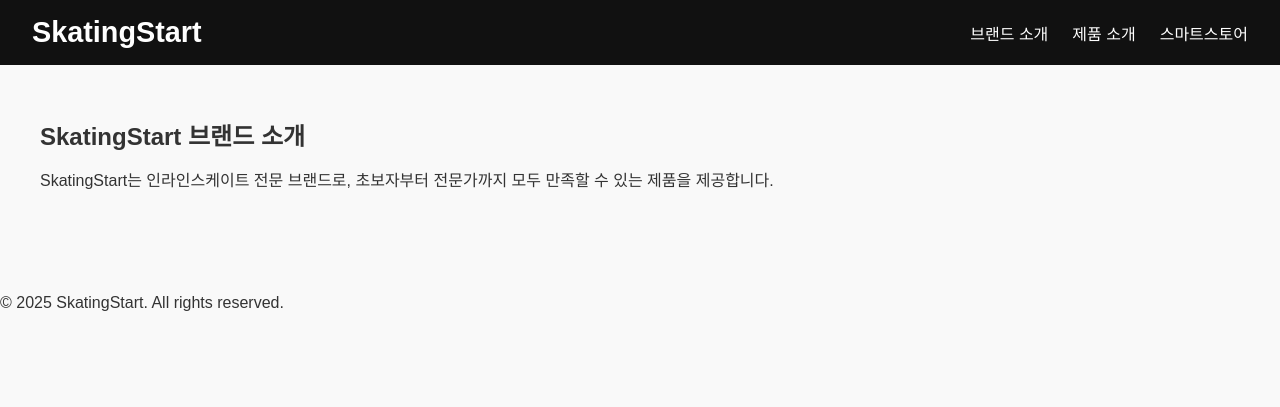
Repository: norwegianwood97/BNB-Sports
Page: about.html
An editor plug-in stored every save of this project. The page is shown before and after the next save, followed by the edit.
The browser window is 1280 px wide. The pictures show the whole page.

Above is the page before, as saved 2025-09-27 01:24:14.

### about.html
<!DOCTYPE html>
<html lang="ko">
  <head>
    <meta charset="UTF-8" />
    <meta name="viewport" content="width=device-width, initial-scale=1.0" />
    <title>SkatingStart - 브랜드 소개</title>
    <link rel="stylesheet" href="assets/css/style.css" />
  </head>
  <body>
    <header>
      <nav>
        <a href="index.html" class="logo">SkatingStart</a>
        <ul>
          <li><a href="about.html">브랜드 소개</a></li>
          <li><a href="products/product1.html">제품 소개</a></li>
          <li>
            <a href="https://smartstore.naver.com/" target="_blank"
              >스마트스토어</a
            >
          </li>
        </ul>
      </nav>
    </header>

    <main>
      <section class="brand-intro">
        <h1>SkatingStart 브랜드 소개</h1>
        <p>
          SkatingStart는 인라인스케이트 전문 브랜드로, 초보자부터 전문가까지
          모두 만족할 수 있는 제품을 제공합니다.
        </p>
      </section>
    </main>

    <footer>
      <p>© 2025 SkatingStart. All rights reserved.</p>
    </footer>
  </body>
</html>

### assets/css/style.css
body {
  margin: 0;
  font-family: 'Arial', sans-serif;
  background: #f9f9f9;
  color: #333;
}

main {
  max-width: 1200px;
  margin: 0 auto;
  padding: 2rem;
}

header {
  background: #111;
  padding: 1rem 2rem;
}

header nav {
  display: flex;
  justify-content: space-between;
  align-items: center;
}

header .logo {
  color: #fff;
  font-size: 1.8rem;
  font-weight: bold;
  text-decoration: none;
}

header ul {
  display: flex;
  gap: 1.5rem;
  list-style: none;
  margin: 0;
  padding: 0;
}

header ul li a {
  color: #fff;
  text-decoration: none;
  font-weight: 500;
  transition: color 0.3s;
}

header ul li a:hover {
  color: #ff5a5f;
}

.products-preview .grid {
  display: flex;
  flex-wrap: wrap;
  gap: 2rem;
  justify-content: center;
}

.products-preview .grid a {
  display: block;
  border-radius: 12px;
  overflow: hidden;
  box-shadow: 0 4px 12px rgba(0, 0, 0, 0.15);
  transition: transform 0.3s, box-shadow 0.3s;
}

.products-preview .grid a:hover {
  transform: translateY(-5px);
  box-shadow: 0 8px 20px rgba(0, 0, 0, 0.25);
}

.products-preview img {
  width: 250px;
  height: auto;
  display: block;
}

.btn {
  display: inline-block;
  padding: 0.7rem 1.5rem;
  background: #ff5a5f;
  color: white;
  text-decoration: none;
  border-radius: 6px;
  font-weight: bold;
  transition: background 0.3s;
}

.btn:hover {
  background: #e04a50;
}
section {
  margin-bottom: 3rem;
}

h1,
h2 {
  margin-bottom: 1rem;
  font-weight: bold;
}

p {
  line-height: 1.6;
}

.product-detail {
  display: flex;
  flex-wrap: wrap;
  gap: 2rem;
  padding: 3rem 2rem;
  max-width: 1200px;
  margin: auto;
}

.product-image img {
  width: 400px;
  border-radius: 12px;
  box-shadow: 0 4px 6px rgba(0, 0, 0, 0.2);
}

.product-info {
  flex: 1;
}

.product-info h1 {
  font-size: 2rem;
  margin-bottom: 1rem;
}

.product-info .desc {
  font-size: 1.1rem;
  margin-bottom: 1.5rem;
  line-height: 1.6;
}

.product-info .specs {
  list-style: none;
  padding: 0;
  margin-bottom: 1.5rem;
}

.product-info .specs li {
  margin-bottom: 0.5rem;
  font-size: 1rem;
}

.product-info .btn {
  display: inline-block;
  padding: 0.8rem 1.5rem;
  background: #ff5a5f;
  color: #fff;
  text-decoration: none;
  border-radius: 6px;
  font-weight: bold;
}

After the next save:
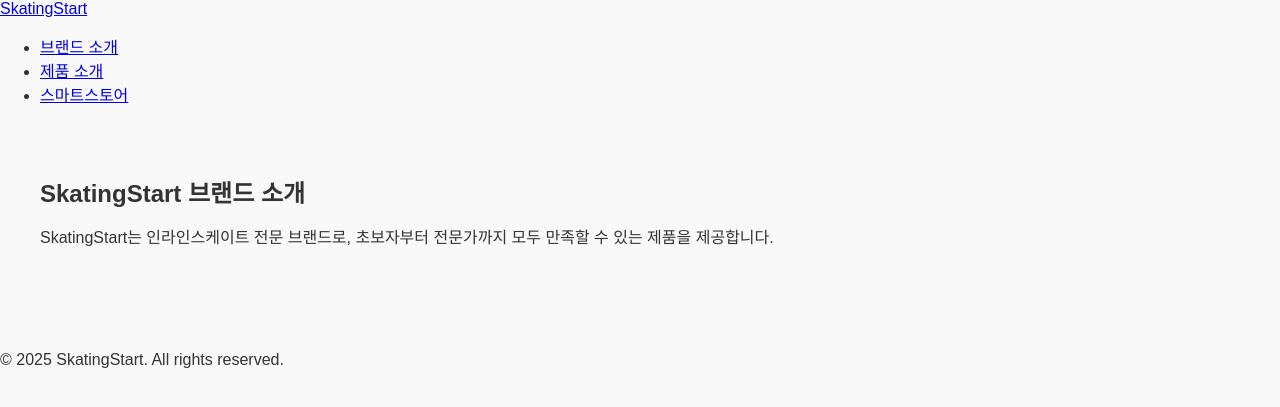
Saved 9 min 43 s later.
--- a/assets/css/style.css
+++ b/assets/css/style.css
@@ -11,25 +11,25 @@
   padding: 2rem;
 }
 
-header {
+header-placeholder {
   background: #111;
   padding: 1rem 2rem;
 }
 
-header nav {
+header-placeholder nav {
   display: flex;
   justify-content: space-between;
   align-items: center;
 }
 
-header .logo {
+header-placeholder .logo {
   color: #fff;
   font-size: 1.8rem;
   font-weight: bold;
   text-decoration: none;
 }
 
-header ul {
+header-placeholder ul {
   display: flex;
   gap: 1.5rem;
   list-style: none;
@@ -37,14 +37,14 @@
   padding: 0;
 }
 
-header ul li a {
+header-placeholder ul li a {
   color: #fff;
   text-decoration: none;
   font-weight: 500;
   transition: color 0.3s;
 }
 
-header ul li a:hover {
+header-placeholder ul li a:hover {
   color: #ff5a5f;
 }
 
